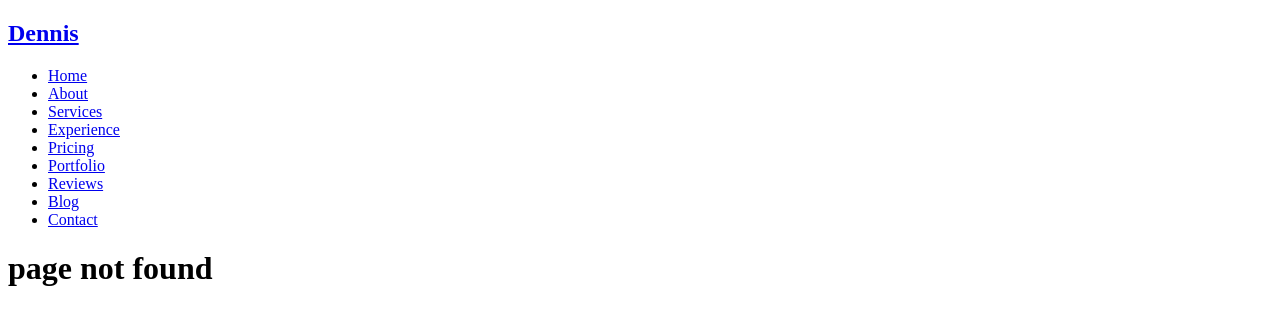
Repository: Teeticode/project_manager_tool
Page: http://localhost/portfolio/public
These files come from the project's save history. The page is drawn as it stood at one moment and after the next save; the edit follows.
The browser window is 1280 px wide. The pictures show the whole page.
Some icons come from a web library that is not loaded, so they are not drawn. The page is run by PHP 8.4 with error messages shown; the project is at /var/www/html/.

Above is the page before, as saved 2022-09-07 00:11:18.
Console error: SyntaxError: Unexpected token '<'

After the next save:
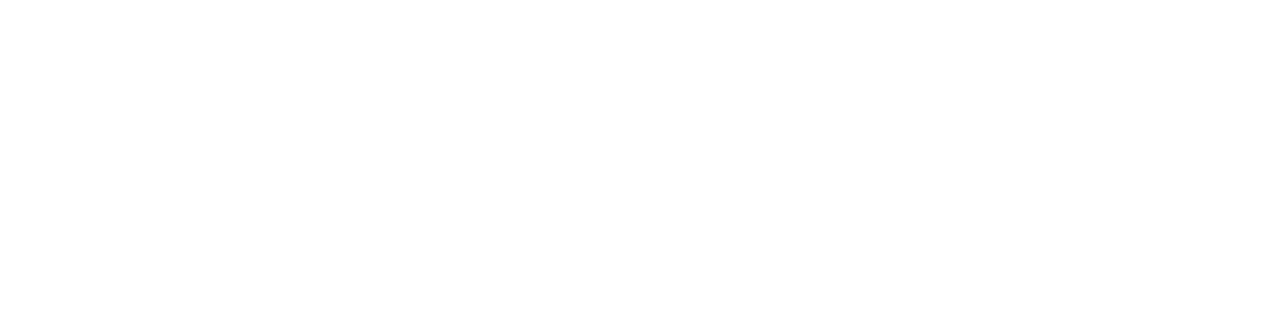
The error is gone.
Saved 32 s later.
--- a/app/views/includes/header.view.php
+++ b/app/views/includes/header.view.php
@@ -14,6 +14,6 @@
     <!--=============== CSS ===============-->
     <link rel="stylesheet" href="<?=ROOT?>/portfolio/assets/css/style.css">
 
-    <title><?= ucfirst(App::$page)?> Portfolio</title>
+    <title><?= ucfirst(App::$page)?> <?=APP_NAME?></title>
 </head>
 <body>

After the save that followed:
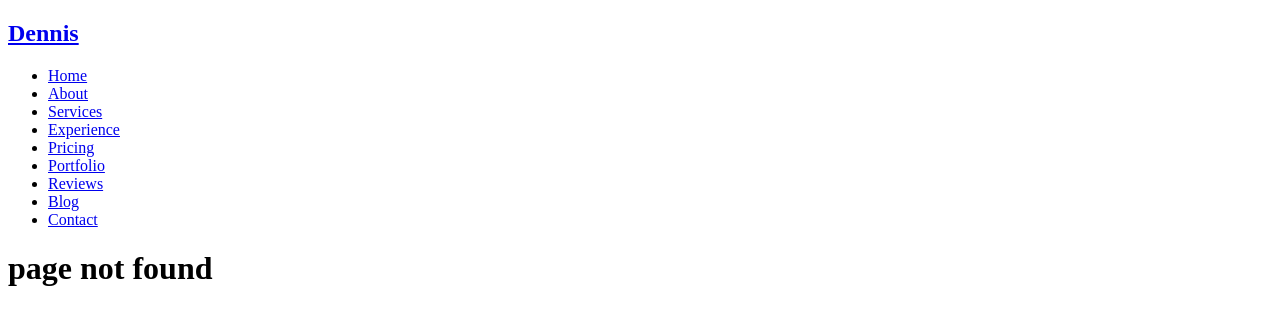
Console error: SyntaxError: Unexpected token '<'
Saved 9 s later.
--- a/app/views/includes/header.view.php
+++ b/app/views/includes/header.view.php
@@ -14,6 +14,6 @@
     <!--=============== CSS ===============-->
     <link rel="stylesheet" href="<?=ROOT?>/portfolio/assets/css/style.css">
 
-    <title><?= ucfirst(App::$page)?> <?=APP_NAME?></title>
+    <title><?= ucfirst(App::$page)?> <?=APPNAME?></title>
 </head>
 <body>
